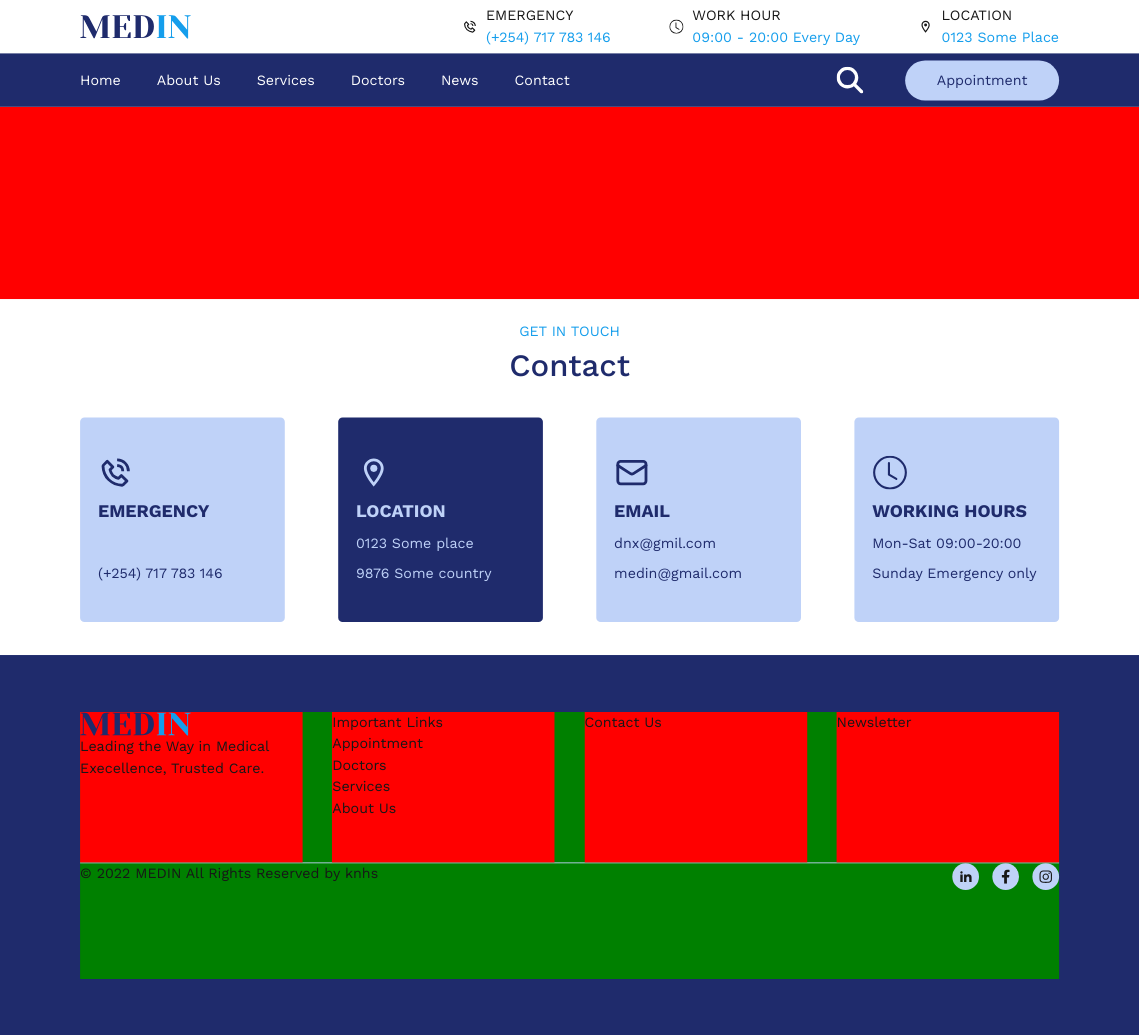
Repository: SynHK3/Poc_Hospital
Page: /appointment (app in fe_hospital/)
The author's editor kept a copy of each file at every save. The page is drawn from the files as they stood at one save, then again after a run of saves.
The browser window is 1280 px wide. The pictures show the whole page, at 89% of full size.
The project was rebuilt for these pictures with package versions that can differ from the ones it lists, and the page was loaded fresh each time. The framework's server and built-in components were replaced by stand-ins that run in the browser. Also part of the build but not shown: fe_hospital/next.config.ts.

Above is the page before, as saved 2025-09-02 16:50:51.

### fe_hospital/src/app/layout.tsx
import type { Metadata } from "next";
import { Geist, Geist_Mono, Work_Sans } from "next/font/google";
import "./globals.css";

const geistSans = Geist({
  variable: "--font-geist-sans",
  subsets: ["latin"],
});

const geistMono = Geist_Mono({
  variable: "--font-geist-mono",
  subsets: ["latin"],
});

const workSans = Work_Sans({
  subsets: ["latin"],
  weight: ["400", "500", "600", "700"], // chọn các weight cần
});

export const metadata: Metadata = {
  title: "Create Next App",
  description: "Generated by create next app",
};

export default function RootLayout({
  children,
}: Readonly<{
  children: React.ReactNode;
}>) {
  return (
    <html lang="en">
      <body
        className={`${workSans.className} ${geistMono.variable} antialiased`}
      >
        {children}
      </body>
    </html>
  );
}

### fe_hospital/src/app/appointment/page.tsx
import Header from "@/components/header/header";
import "./appointment.css";
import Contact from "@/components/contact/contact";
import Footer from "@/components/footer/footer";

export default function Appointment() {
  return (
    <div>
      <Header></Header>
      <div className="container__content--appointment"></div>
      <Contact></Contact>
      <Footer></Footer>
    </div>
  );
}

### fe_hospital/src/components/header/header.tsx
import Logo from "../../images/Logo.svg";
import Image from "next/image";
import { BiPhoneCall } from "react-icons/bi";
import { FaMagnifyingGlass } from "react-icons/fa6";
import { BsClock } from "react-icons/bs";
import { MdOutlineLocationOn } from "react-icons/md";
import "./header.css";

export default function Header() {
  return (
    <div className="container__header">
      <div className="header__layout">
        <div className="header__headline">
          <Image src={Logo} width={125} height={42} alt=""></Image>

          <div className="header__headline--info">
            <div className="header__headline--info--item">
              <BiPhoneCall className="icon__info--item"></BiPhoneCall>

              <div className="header__headline--info--desc">
                <h3>EMERGENCY</h3>
                <h5>(+254) 717 783 146</h5>
              </div>
            </div>

            <div className="header__headline--info--item">
              <BsClock className="icon__info--item"></BsClock>

              <div className="header__headline--info--desc">
                <h3>WORK HOUR</h3>
                <h5>09:00 - 20:00 Every Day</h5>
              </div>
            </div>

            <div className="header__headline--info--item">
              <MdOutlineLocationOn className="icon__info--item"></MdOutlineLocationOn>

              <div className="header__headline--info--desc">
                <h3>LOCATION</h3>
                <h5>0123 Some Place</h5>
              </div>
            </div>
          </div>
        </div>

        <div className="header__nav">
          <div className="layout__header--nav">
            <ul className="header__list--nav">
              <li>Home</li>
              <li>About Us</li>
              <li>Services</li>
              <li>Doctors</li>
              <li>News</li>
              <li>Contact</li>
            </ul>

            <div className="header__nav--appoinment">
              <FaMagnifyingGlass fontSize={30}></FaMagnifyingGlass>

              <button className="header__btn--appointment">Appointment</button>
            </div>
          </div>
        </div>
      </div>
    </div>
  );
}

### fe_hospital/src/app/appointment/appointment.css
.container__content--appointment {
  width: 100%;
  height: 30vh;
  background-color: red;
}

### fe_hospital/src/components/contact/contact.tsx
import "./contact.css";

import { BiPhoneCall } from "react-icons/bi";
import { MdOutlineLocationOn } from "react-icons/md";
import { LuMail } from "react-icons/lu";
import { BsClock } from "react-icons/bs";

export default function Contact() {
  return (
    <div className="container__contact">
      <div className="container__layout--contact">
        <div className="content__contact--headline">
          <h6>GET IN TOUCH</h6>
          <h1>Contact</h1>
        </div>

        <ul className="content__list--contact">
          <li>
            <div className="contact--item">
              <BiPhoneCall className="contact__item--icon"></BiPhoneCall>
              <h1>EMERGENCY</h1>

              <h3 style={{ visibility: "hidden" }}>dnx@gmil.com</h3>
              <p>(+254) 717 783 146</p>
            </div>
          </li>
          <li>
            <div className="contact--item">
              <MdOutlineLocationOn className="contact__item--icon"></MdOutlineLocationOn>
              <h1>LOCATION</h1>

              <p>0123 Some place</p>
              <p>9876 Some country</p>
            </div>
          </li>
          <li>
            <div className="contact--item">
              <LuMail className="contact__item--icon"></LuMail>
              <h1>EMAIL</h1>

              <p>dnx@gmil.com</p>
              <p>medin@gmail.com</p>
            </div>
          </li>
          <li>
            <div className="contact--item">
              <BsClock className="contact__item--icon"></BsClock>
              <h1 className="headline--item">WORKING HOURS</h1>

              <p>Mon-Sat 09:00-20:00</p>
              <p>Sunday Emergency only</p>
            </div>
          </li>
        </ul>
      </div>
    </div>
  );
}

### fe_hospital/src/components/footer/footer.tsx
import "./footer.css";
import { RiLinkedinFill } from "react-icons/ri";
import { FaFacebookF } from "react-icons/fa";
import { FaInstagram } from "react-icons/fa";
import Image from "next/image";
import Logo from "../../images/Logo.svg";

export default function Footer() {
  return (
    <div className="container__footer">
      <div className="container__layout--footer">
        <ul className="list__footer--item">
          <li>
            <div>
              <Image src={Logo} width={125} height={42} alt=""></Image>
              <h1 className="headline__footer">
                Leading the Way in Medical Execellence, Trusted Care.
              </h1>
            </div>
          </li>
          <li>
            <div>
              <h1>Important Links</h1>
              <ul className="list--item--footer--link">
                <li>Appointment</li>
                <li>Doctors</li>
                <li>Services</li>
                <li>About Us</li>
              </ul>
            </div>
          </li>

          <li>
            <div>
              <h1>Contact Us</h1>
              <ul className="list--item--footer--contact">
                <li></li>
                <li></li>
                <li></li>
                <li></li>
              </ul>
            </div>
          </li>
          <li>
            <div>
              <h1>Newsletter</h1>
            </div>
          </li>
        </ul>

        <div className="footer--line"></div>

        <div className="footer--link--social">
          <h3>© 2022 MEDIN All Rights Reserved by knhs</h3>

          <ul className="list--icon--link--social">
            <li>
              <RiLinkedinFill></RiLinkedinFill>
            </li>
            <li>
              <FaFacebookF></FaFacebookF>
            </li>
            <li>
              <FaInstagram></FaInstagram>
            </li>
          </ul>
        </div>
      </div>
    </div>
  );
}

### fe_hospital/src/components/header/header.css
.container__header {
  width: 100%;
  height: 120px;
}

.header__layout {
  display: flex;
  flex-direction: column;
  align-items: center;
  width: 100%;
}

.header__headline {
  display: flex;
  justify-content: space-between;
  width: 1100px;
  height: 60px;
}

.header__headline--info {
  width: 670px;
  display: flex;
  justify-content: space-between;
}

.header__headline--info--desc > h5 {
  color: #159eec;
}

.header__headline--info--item {
  height: 60px;
  display: flex;
  align-items: center;
}

.icon__info--item {
  font-size: 30;
  margin-right: 10px;
}

/* Header Nav */

.header__nav {
  display: flex;
  align-items: center;
  justify-content: center;
  width: 100%;
  height: 60px;
  background-color: #1f2b6c;
  color: white;
}

.layout__header--nav {
  display: flex;
  justify-content: space-between;
  align-items: center;
  width: 1100px;
  height: 60px;
}

.header__list--nav {
  width: 550px;
  display: flex;
  justify-content: space-between;
}

.header__nav--appoinment {
  width: 250px;
  height: 45px;
  display: flex;
  justify-content: space-between;
  align-items: center;
}

.header__btn--appointment {
  color: #1f2b6c;
  width: 173px;
  height: 45px;
  background-color: #bfd2f8;
  border-radius: 30px;
}

### fe_hospital/src/components/contact/contact.css
.container__contact {
  display: flex;
  width: 100%;
  height: 400px;
  justify-content: center;
}

.container__layout--contact {
  display: flex;
  flex-direction: column;
  justify-content: space-between;
  width: 1100px;
  height: 363px;
}

.content__contact--headline {
  display: flex;
  flex-direction: column;
  width: 100%;
  height: 127px;
  align-items: center;
  justify-content: center;
}

.content__list--contact {
  display: flex;
  justify-content: space-between;
  align-items: center;
}

.content__contact--headline > h1 {
  font-size: 35px;
  font-weight: 500;
  color: #1f2b6c;
}
.content__contact--headline > h6 {
  color: #159eec;
}

.content__list--contact > li {
  display: flex;
  align-items: center;
  width: 230px;
  height: 230px;
  background-color: #bfd2f8;
  border-radius: 5px;
}

.content__list--contact > li:nth-child(2) {
  background-color: #1f2b6c;
}

.content__list--contact > li:nth-child(2) > div > p,
.content__list--contact > li:nth-child(2) > div > h1,
.content__list--contact > li:nth-child(2) > div > .contact__item--icon {
  color: #bfd2f8;
}

.contact--item {
  margin-left: 20px;
  display: flex;
  flex-direction: column;
  justify-content: space-between;
  width: 126px;
  height: 145px;
}

.contact--item > h1 {
  width: 230px;
  font-size: 20px;
  font-weight: 700;
  color: #1f2b6c;
}

.contact--item > p {
  width: 230px;
  color: #1f2b6c;
}

.headline--item {
  width: 140px;
}

.contact__item--icon {
  width: 40px;
  height: 38px;
  color: #1f2b6c;
}

### fe_hospital/src/components/footer/footer.css
.container__footer {
  display: flex;
  width: 100%;
  height: 427px;
  justify-content: center;
  align-items: center;
  background-color: #1f2b6c;
}

.container__layout--footer {
  width: 1100px;
  height: 300px;
  background-color: green;
}

/* Footer Items  */
.list__footer--item {
  display: flex;
  justify-content: space-between;
  height: 169px;
}

.list__footer--item > li {
  width: 250px;
  height: 169px;
  background-color: red;
}

.headline__footer {
  width: 250px;
}

/* Footer Line */

.footer--line {
  width: 100%;
  height: 1px;
  background-color: #bfd2f8;
}

.footer--link--social {
  justify-content: space-between;
  display: flex;
}

.list--icon--link--social {
  display: flex;
  justify-content: space-between;
  width: 120px;
}

.list--icon--link--social > li {
  display: flex;
  align-items: center;
  justify-content: center;
  width: 30px;
  height: 30px;
  background-color: #bfd2f8;
  border-radius: 50%;
}

Loaded but not shown: fe_hospital/src/app/globals.css (common file)

After the next 2 saves:
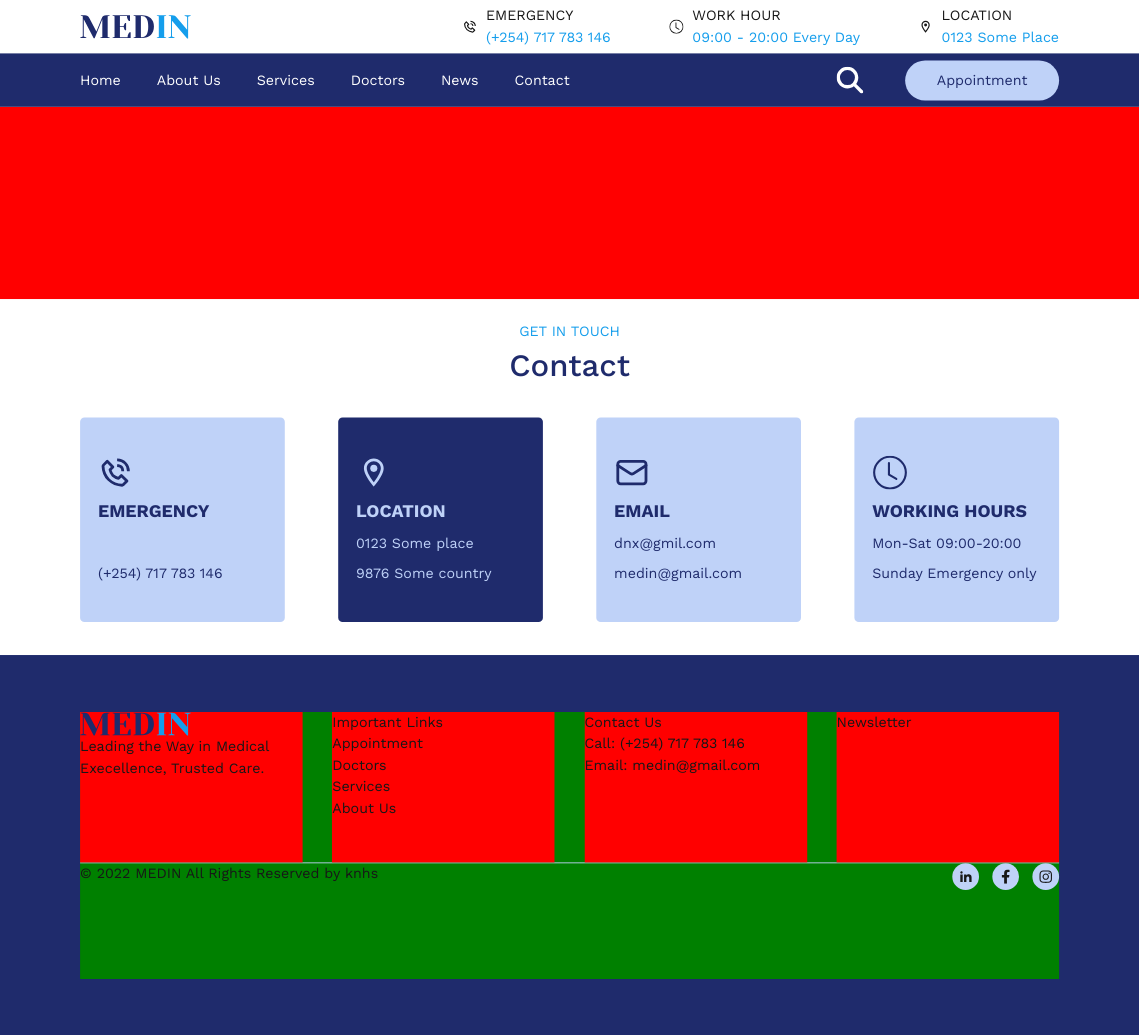
The 2 saves are shown as one change because they came seconds apart.
The last was saved 11 s later.
--- a/fe_hospital/src/components/footer/footer.tsx
+++ b/fe_hospital/src/components/footer/footer.tsx
@@ -34,8 +34,8 @@ export default function Footer() {
             <div>
               <h1>Contact Us</h1>
               <ul className="list--item--footer--contact">
-                <li></li>
-                <li></li>
+                <li>Call: (+254) 717 783 146</li>
+                <li>Email: medin@gmail.com</li>
                 <li></li>
                 <li></li>
               </ul>
